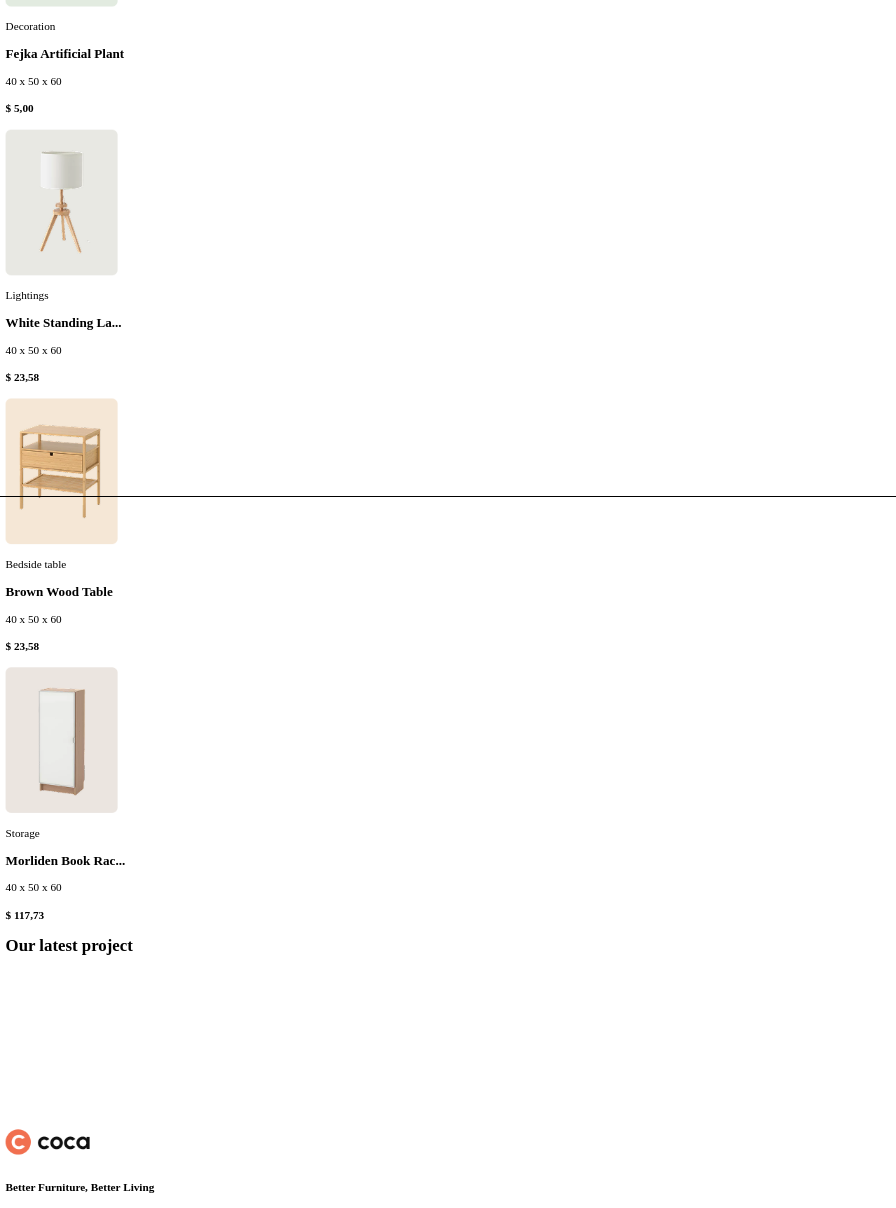
Repository: MatheusEich15/FrontEnd
Page: Prova 1 FrontEnd/Prova 1 FrontEnd/index.html
These files come from the project's save history. The page is drawn as it stood at one moment and after a run of saves; the edit follows.
The browser window is 1280 px wide. The pictures show the part of the page from y = 2196 to 4116 px (the page is 3922 px tall before and 4116 px after), at 70% of full size.

Above is the page before, as saved 2026-03-12 10:12:54.

After the next 2 saves:
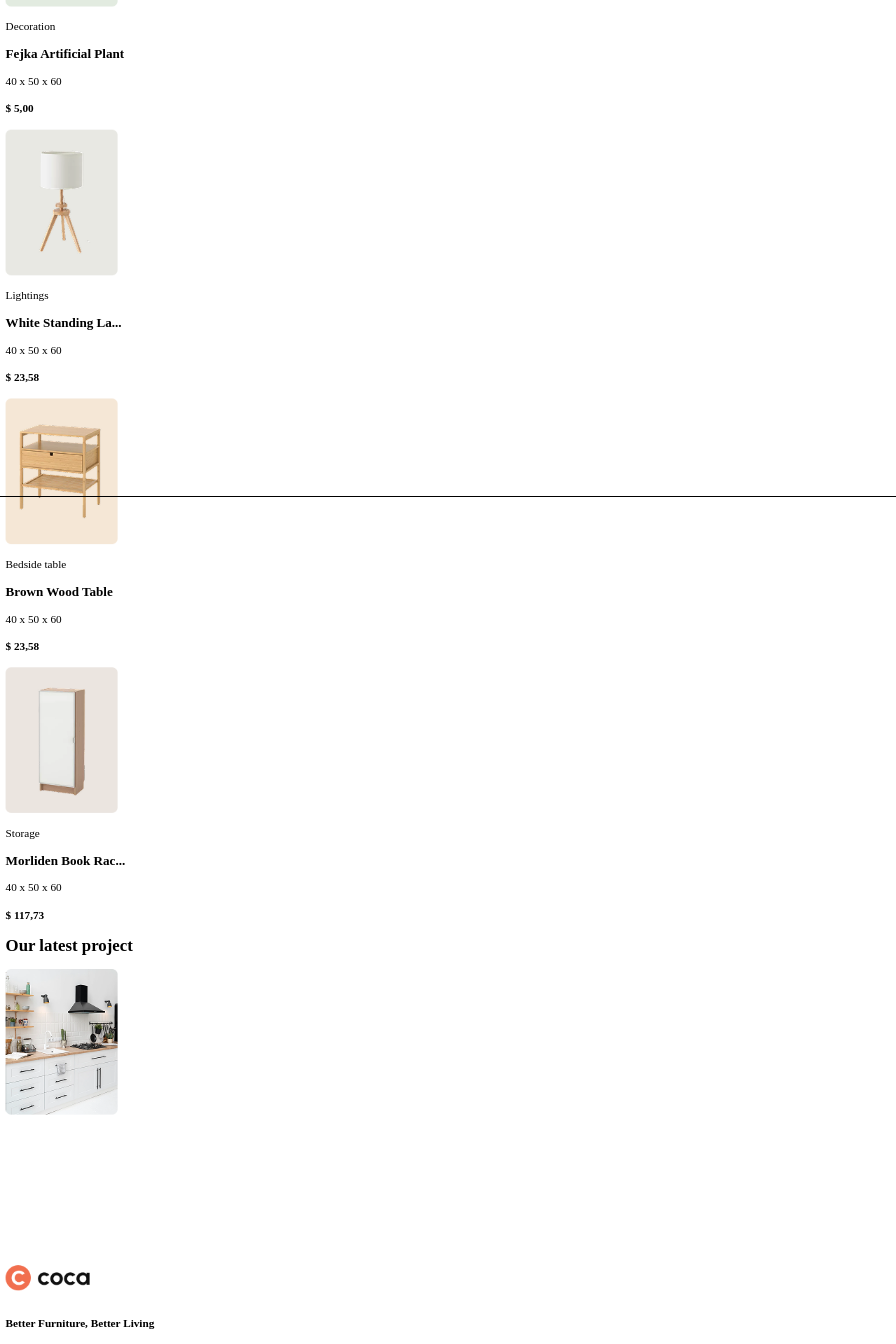
The 2 saves are shown as one change because they came seconds apart.
The last was saved 7 s later.
--- a/Prova 1 FrontEnd/Prova 1 FrontEnd/index.html
+++ b/Prova 1 FrontEnd/Prova 1 FrontEnd/index.html
@@ -149,7 +149,7 @@
             </div>
             <div id="projects-items">
                 <div class="project-item">
-                    <img src="" alt="">
+                    <img src="./assets/images/Projects images/Kitchen.png" alt="">
                     <h3></h3>
                     <p></p>
                 </div>
